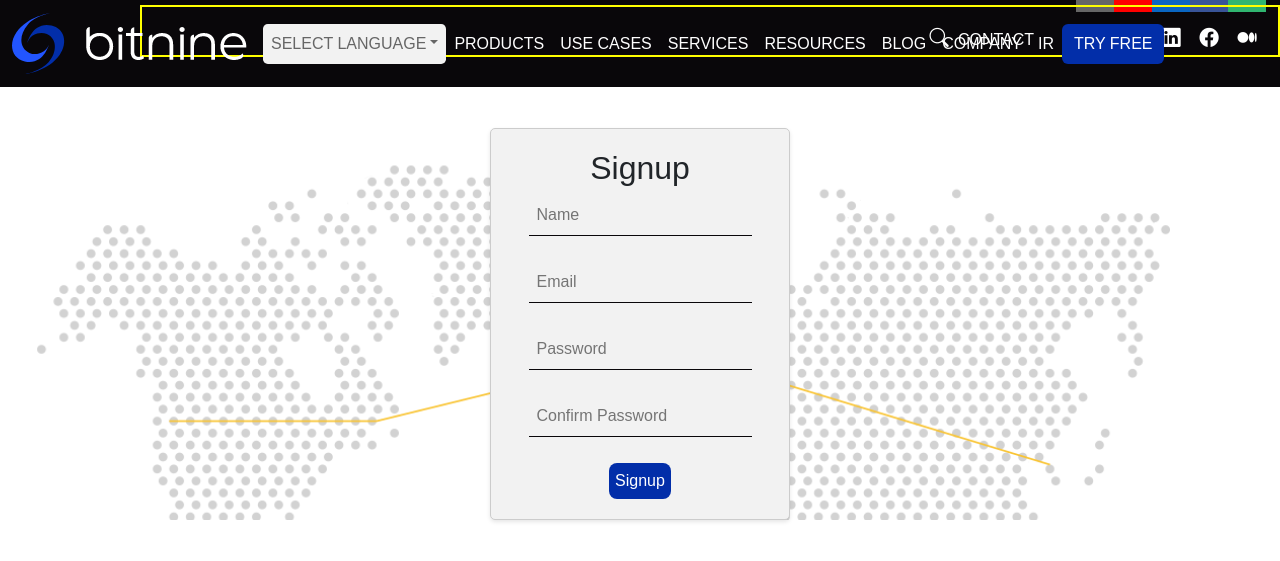
Repository: devblackie/signinpage
Page: /
The author's editor kept a copy of each file at every save. The page is drawn from the files as they stood at one save, then again after the next save.
The browser window is 1280 px wide. The pictures show the whole page.
Some web fonts or font styles are not loaded; a fallback is used. The project was rebuilt for these pictures with package versions that can differ from the ones it lists, and the page was loaded fresh each time. Also part of the build but not shown: vite.config.js, src/components/Login.jsx, src/components/Dashboard.jsx, src/components/Home.jsx, src/components/ProtectedDashboard.jsx.

Above is the page before, as saved 2023-08-28 17:27:45.

### index.html
<!doctype html>
<html lang="en">
  <head>
    <meta charset="UTF-8" />
    <link rel="preconnect" href="https://fonts.googleapis.com">
<link rel="preconnect" href="https://fonts.gstatic.com" crossorigin>
<link href="https://fonts.googleapis.com/css2?family=Monda:wght@400;700&display=swap" rel="stylesheet">
    <link rel="stylesheet" href="https://cdn.jsdelivr.net/npm/bootstrap-icons@1.10.5/font/bootstrap-icons.css">
    <link href="https://cdn.jsdelivr.net/npm/bootstrap@5.3.1/dist/css/bootstrap.min.css" rel="stylesheet" integrity="sha384-4bw+/aepP/YC94hEpVNVgiZdgIC5+VKNBQNGCHeKRQN+PtmoHDEXuppvnDJzQIu9" crossorigin="anonymous">
    <meta name="viewport" content="width=device-width, initial-scale=1.0" />
    <title>Bitnine Login</title>
  </head>
  <body>
    <div id="root"></div>
    <script type="module" src="/src/main.jsx"></script>
    <script src="https://cdn.jsdelivr.net/npm/bootstrap@5.3.1/dist/js/bootstrap.bundle.min.js" integrity="sha384-HwwvtgBNo3bZJJLYd8oVXjrBZt8cqVSpeBNS5n7C8IVInixGAoxmnlMuBnhbgrkm" crossorigin="anonymous"></script>
  </body>
</html>

### src/main.jsx
import React from "react";
import ReactDOM from "react-dom";
import App from "./App";
import { UserProvider } from "./components/UserContext";

ReactDOM.render(
  <UserProvider>
    <App />
  </UserProvider>,
  document.getElementById("root")
);

### src/App.jsx
import React, { useState } from "react";
import { BrowserRouter as Router, Route, Routes } from "react-router-dom";
import Signup from "./components/Signup";
import Login from "./components/Login";
import Dashboard from "./components/Dashboard";
import Home from "./components/Home";
import ProtectedDashboard from "./components/ProtectedDashboard";
import "./App.css";

const App = () => {
  const [isAuthenticated, setIsAuthenticated] = useState(false);

  const handleLogin = () => {
    setIsAuthenticated(true);
  };

  return (
    <Router>
      <Routes>
        <Route
          path="/"
          element={
            <div>
              <Signup handleLogin={handleLogin} />
              {/* <Login handleLogin={handleLogin} /> */}
            </div>
          }
        />
        <Route
          path="/dashboard"
          // element={<ProtectedDashboard isAuthenticated={isAuthenticated} />}
          element={<Dashboard />}
        />
        <Route
          path="/home"
          // element={<ProtectedDashboard isAuthenticated={isAuthenticated} />}
          element={<Home />}
        />
      </Routes>
    </Router>
  );
};

export default App;

### src/components/UserContext.jsx
import React, { createContext, useContext, useState } from "react";

const UserContext = createContext();

export function UserProvider({ children }) {
  const [userName, setUserName] = useState("");

  return (
    <UserContext.Provider value={{ userName, setUserName }}>
      {children}
    </UserContext.Provider>
  );
}

export function useUser() {
  return useContext(UserContext);
}

### src/components/Signup.jsx
import React, { useState } from "react";
import "./signup.css";
import { useUser } from "./UserContext";
import { useNavigate } from "react-router-dom";
import Header from "./Header";

const Signup = ({ handleLogin }) => {
  // States for registration
  const [email, setEmail] = useState("");
  const [name, setName] = useState("");
  const [password, setPassword] = useState("");
  const [cpassword, setCPassword] = useState("");
  const [formErrors, setFormErrors] = useState({});
  const navigate = useNavigate();
  const { setUserName } = useUser(); // Ret

  // State for tracking submission status
  const [submissionStatus, setSubmissionStatus] = useState("none"); // Possible values: "none", "success", "error"

  // Handling input changes
  const handleInputChange = (e) => {
    const { name, value } = e.target;
    if (name === "name") setName(value);
    if (name === "email") setEmail(value);
    if (name === "password") setPassword(value);
    if (name === "cpassword") setCPassword(value);
    setSubmissionStatus("none");
  };

  const handleSignform = (e) => {
    e.preventDefault();
    const errors = validateForm();
    if (Object.keys(errors).length === 0) {
      setSubmissionStatus("success");
      setUserName(name); // Set the userName in the context
    } else {
      setFormErrors(errors);
      setSubmissionStatus("error");
    }
  };

  // Form validations
  const validateForm = () => {
    const errors = {};
    const regex = /^[^\s+@]+@[^\s@]+\.[^\s@]{2,}$/i;

    if (!name) errors.name = "Name is required";
    if (!email) errors.email = "Email is required";
    else if (!regex.test(email))
      errors.email = "This is not a valid email format!";

    if (!password) errors.password = "Password is required";
    else if (password.length < 4)
      errors.password = "Password must be more than 4 characters";
    else if (password.length > 10)
      errors.password = "Password cannot exceed more than 10 characters";

    if (!cpassword) errors.cpassword = "Confirm Password is required";
    else if (cpassword !== password)
      errors.cpassword = "Confirm password and password should be the same";
    return errors;
  };

  return (
    <>
      <Header userName={name} />
      <div className="form-container">
        {submissionStatus === "success" ? (
          <div className="success">
            <h1>User {name} successfully registered!!</h1>
            <a onClick={() => navigate("/home")}>
              Click to continue to the main site
            </a>
          </div>
        ) : (
          <form onSubmit={handleSignform}>
            <h2>Signup</h2>
            <input
              type="text"
              name="name"
              placeholder="Name"
              value={name}
              onChange={handleInputChange}
            />
            <p className="error">{formErrors.name}</p>
            <input
              type="email"
              name="email"
              placeholder="Email"
              value={email}
              onChange={handleInputChange}
            />
            <p className="error">{formErrors.email}</p>
            <input
              type="password"
              name="password"
              placeholder="Password"
              value={password}
              onChange={handleInputChange}
            />
            <p className="error">{formErrors.password}</p>
            <input
              type="password"
              placeholder="Confirm Password"
              value={cpassword}
              name="cpassword"
              onChange={handleInputChange}
            />
            <p className="error">{formErrors.cpassword}</p>
            <button className-="bton" type="submit">
              Signup
            </button>
          </form>
        )}
      </div>
    </>
  );
};

export default Signup;

### src/App.css
#root {
  max-width: 1280px;
  margin: 0 auto;
  padding: 2rem;
  text-align: center;
}
.btn1{background-color:#022ea9;
  color:#fff;
  outline:none;
  border:none;}
  .btn1:hover{
    color:orange;
    background-color:#022ea9;
  }


@media (prefers-reduced-motion: no-preference) {
  a:nth-of-type(2) .logo {
    animation: logo-spin infinite 20s linear;
  }
}

.card {
  padding: 2em;
}

.read-the-docs {
  color: #888;
}

### src/components/signup.css
form .error {
  color: red;
  font-size: 12px;
}
.form-container {
  background-image: url("../assets/map2.png");
  background-size: cover;
  background-repeat: no-repeat;
  font-family: "Monda", sans-serif;
  margin-top: 6em;
}
form {
  background-color: #f2f2f2;
  max-width: 300px;
  margin: 0 auto;
  padding: 20px;
  border: 1px solid #ccc;
  border-radius: 5px;
  box-shadow: 0 2px 4px rgba(0, 0, 0, 0.1);
}
form input {
  margin-bottom: 10px;
  padding: 8px;
  border: none;
  border-bottom: 1px solid #09070a;
  /* border-radius: 3px; */
  background-color: transparent;
}
input:focus,
input:focus-visible {
  outline: none;
  background-color: inherit;
}
form button {
  background-color: #022ea9;
  color: #fff;
  outline: none;
  border: none;
  border-radius: 8px;
  padding: 6px;
}
button:hover {
  color: orange;
  background-color: #022ea9;
}

### src/components/Header.jsx
import React from "react";
import "./style/navbar.css";
import {useUser} from "./UserContext"   //Path to UserContext file
import Logo from "../assets/bitnine-logo_.png";

export default function Header() {
  const {userName}= useUser() //Retrieve userName from the context
  return (
    <>
      <div className="fixed-top header">
        <header class="topbar">
          <div class="container">
            <div class="row">
              {/* <!-- social icon--> */}
              <div class="col-sm-12">
                <ul class="social-network">
                  <div className="hovver">
                    <li>
                      <a class="waves-effect waves-dark" id="hovver" href="#">
                        <i class="bi bi-search"></i>
                      </a>
                    </li>
                    <li>
                      <a
                        class="waves-effect waves-dark tact"
                        id="hovver"
                        href="#"
                      >
                        contact
                      </a>
                    </li>
                  </div>
                  <div className="soc">
                    <li id="git">
                      <a class="waves-effect waves-dark" href="#">
                        <i class="bi bi-github"></i>
                      </a>
                    </li>
                    <li id="youtube">
                      <a class="waves-effect waves-dark" href="#">
                        <i class="bi bi-youtube"></i>
                      </a>
                    </li>
                    <li id="in">
                      <a class="waves-effect waves-dark" href="#">
                        <i class="bi bi-linkedin"></i>
                      </a>
                    </li>
                    <li id="fb">
                      <a class="waves-effect waves-dark" href="#">
                        <i class="bi bi-facebook"></i>
                      </a>
                    </li>
                    <li id="medium">
                      <a class="waves-effect waves-dark" href="#">
                        <i class="bi bi-medium"></i>
                      </a>
                    </li>
                  </div>
                </ul>
                <p className="text warning">{userName}</p>
              </div>
            </div>
          </div>
        </header>
        <nav className="navbar navbar-expand-lg">
          <div className="container-fluid">
            <a className="navbar-brand" href="#">
              <img src={`${Logo}`} alt="logo" />
            </a>

            <div
              className="collapse navbar-collapse"
              id="navbarSupportedContent"
            >
              <ul className="navbar-nav me-auto mb-2 mb-lg-0">
                <li className="nav-item dropdown">
                  <a
                    className="nav-link dropdown-toggle color-tertiary"
                    href="#"
                    role="button"
                    data-bs-toggle="dropdown"
                    aria-expanded="false"
                  >
                    Select Language
                  </a>
                  <ul className="dropdown-menu">
                    <li>
                      <a className="dropdown-item" href="#">
                        English
                      </a>
                    </li>
                    <li>
                      <a className="dropdown-item" href="#">
                        한국
                      </a>
                    </li>
                  </ul>
                </li>
                <li className="nav-item">
                  <a className="nav-link" href="#">
                    products
                  </a>
                </li>
                <li className="nav-item">
                  <a className="nav-link" href="#">
                    use cases
                  </a>
                </li>
                <li className="nav-item">
                  <a className="nav-link" href="#">
                    services
                  </a>
                </li>
                <li className="nav-item">
                  <a className="nav-link" href="#">
                    resources
                  </a>
                </li>
                <li className="nav-item">
                  <a className="nav-link" href="#">
                    blog
                  </a>
                </li>
                <li className="nav-item">
                  <a className="nav-link" href="#">
                    company
                  </a>
                </li>
                <li className="nav-item">
                  <a className="nav-link" href="#">
                    ir
                  </a>
                </li>

                <button class="btn btn-outline-primary" type="submit">
                  TRY FREE
                </button>
              </ul>
            </div>
          </div>
        </nav>
      </div>
    </>
  );
}

### src/components/style/navbar.css
.header {
  background-color: #09070a;
  font-family: "Monda", sans-serif;
}
.nav-item .nav-link {
  color: #fff;
  text-transform: uppercase;
}
.nav-item .nav-link:active {
  color: orange;
}
.dropdown {
  background-color: #f2f2f2;
  border-radius: 0.3rem;
  .nav-link {
    color: #666666;
  }
}
.topbar .container {
  border: 2px solid yellow;
  margin: 5px 0 10px -25px;

  position: absolute;
  right: 0;
}

.topbar .container .row {
  /* margin: -7px; */
}

ul.social-network {
  border: none;
  display: flex;
  list-style: none;
  margin: 5px 0 0 -25px;
  float: right;
}
ul.social-network .hovver {
  margin-right: 3rem;
}
ul.social-network .soc {
  margin-left: 2rem;
  margin-right: 0;
}
ul.social-network .soc #git,
#youtube,
#in,
#fb,
#medium {
  position: relative;
}
ul.social-network .soc #git::before {
  content: "";
  position: absolute;
  top: -100%;
  left: 0;
  width: 100%;
  height: 100%;
  background-color: #666666;
  transition: top 0.3s ease; /* Transition effect for sliding */
  z-index: -1;
}
ul.social-network .soc #git:hover::before,
ul.social-network .soc #youtube:hover::before,
ul.social-network .soc #in:hover::before,
ul.social-network .soc #fb:hover::before,
ul.social-network .soc #medium:hover::before {
  top: 0; /* Slide the background from the top */
}

ul.social-network .soc #youtube::before {
  content: "";
  position: absolute;
  top: -100%;
  left: 0;
  width: 100%;
  height: 100%;
  background-color: red;
  transition: top 0.3s ease; /* Transition effect for sliding */
  z-index: -1;
}
ul.social-network .soc #in::before {
  content: "";
  position: absolute;
  top: -100%;
  left: 0;
  width: 100%;
  height: 100%;
  background-color: #0a66c2;
  transition: top 0.3s ease; /* Transition effect for sliding */
  z-index: -1;
}
ul.social-network .soc #fb::before {
  content: "";
  position: absolute;
  top: -100%;
  left: 0;
  width: 100%;
  height: 100%;
  background-color: #395498;
  transition: top 0.3s ease; /* Transition effect for sliding */
  z-index: -1;
}
ul.social-network .soc #medium::before {
  content: "";
  position: absolute;
  top: -100%;
  left: 0;
  width: 100%;
  height: 100%;
  background-color: #30b570;
  transition: top 0.3s ease; /* Transition effect for sliding */
  z-index: -1;
}

ul.social-network .soc li {
  border: none;
  margin: 0;
}
ul.social-network li a {
  text-decoration: none;
  text-transform: uppercase;
}
ul.social-network li a#hovver:hover {
  color: #666666;
  font-weight: 700;
  font-family: "Monda", sans-serif;
}

ul.social-network li i {
  font-size: 1.2rem;
  margin: 0;
}

ul.social-network li {
  padding: 13px 0 0;
  width: 38px;
  display: inline-block;
  text-align: center;
  height: 40px;
  vertical-align: baseline;
}

.btn {
  background-color: #022ea9;
  color: #fff;
  outline: none;
  border: none;
}
.btn:hover {
  color: orange;
  background-color: #022ea9;
}
.waves-effect {
  color: #fff;
}

After the next save:
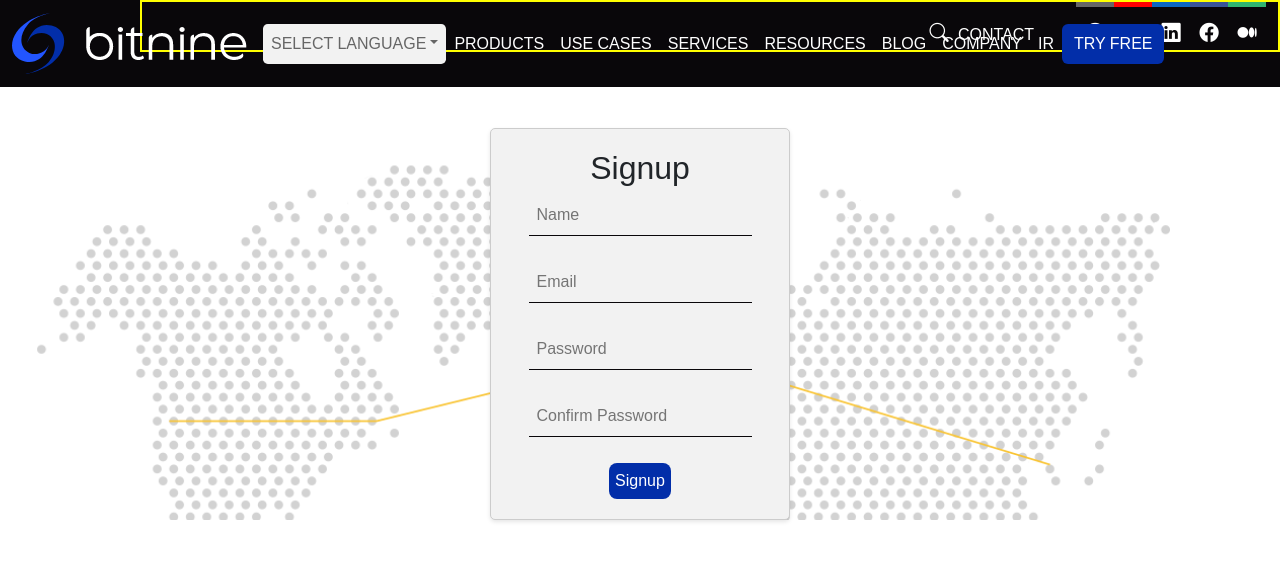
Saved 14 s later.
--- a/src/components/style/navbar.css
+++ b/src/components/style/navbar.css
@@ -18,7 +18,7 @@
 }
 .topbar .container {
   border: 2px solid yellow;
-  margin: 5px 0 10px -25px;
+  margin: 0 0 10px -25px;
 
   position: absolute;
   right: 0;
